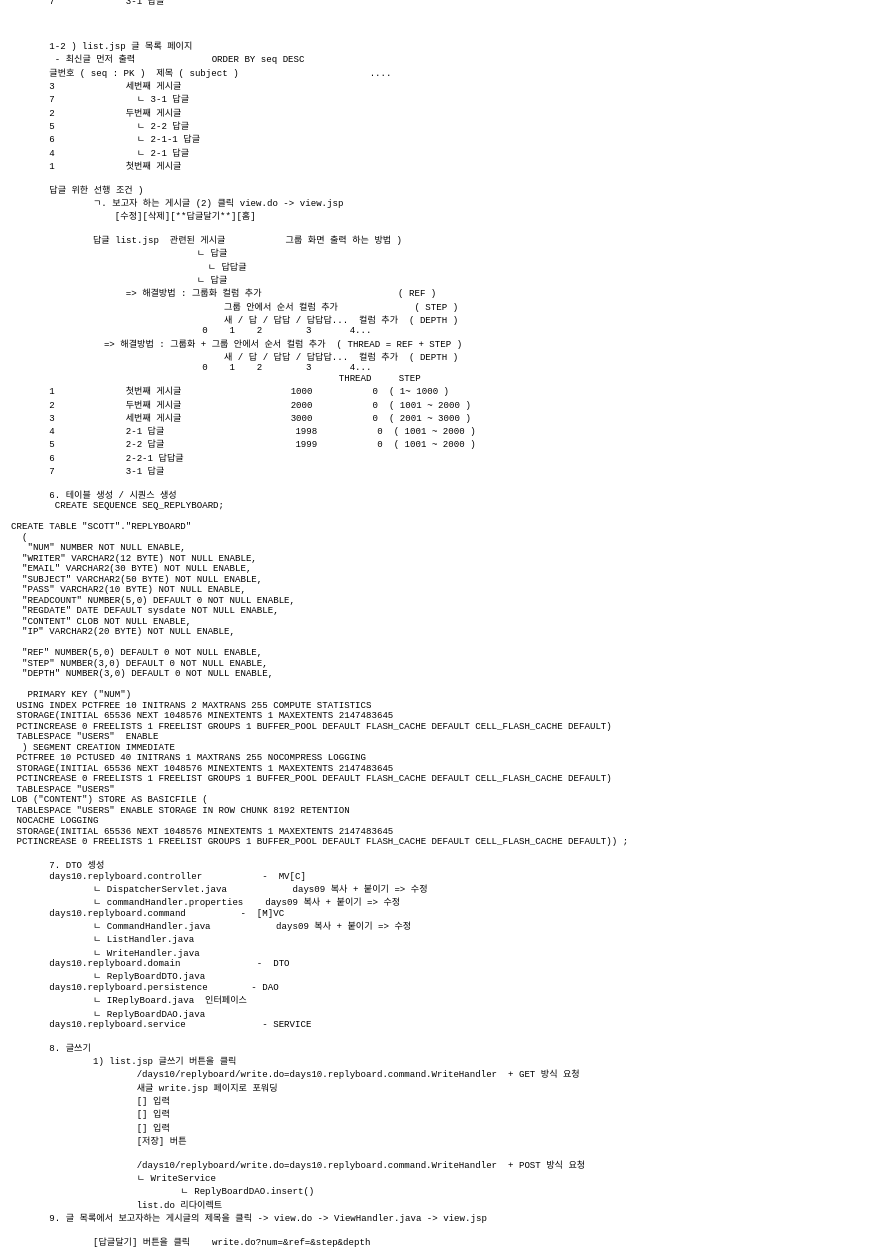
Repository: JavaYoo/kakao-emoticon-web-clone
Page: http://localhost/jspPro/days10/ex01.jsp
These files come from the project's save history. The page is drawn as it stood at one moment and after the next save; the edit follows.
The browser window is 1280 px wide. The pictures show the part of the page from y = 1503 to 3423 px (the page is 3298 px tall before and 3423 px after), at 70% of full size.
The page is served by Tomcat 9. Other server files are loaded and not shown.

Above is the page before, as saved 2022-06-27 02:54:11.

### jspPro/src/main/webapp/days10/ex01.jsp
<%@ page contentType="text/html; charset=UTF-8" pageEncoding="UTF-8"%>
<%@ taglib prefix="c" uri="http://java.sun.com/jsp/jstl/core" %>
<!DOCTYPE html>
<html>
<head>
<meta charset="UTF-8">
<meta name="viewport" content="width=device-width, initial-scale=1.0">
<title>2022. 6. 27. - 오전 9:08:45</title>
<link rel="shortcut icon "type = "image/x-icon" href = "../images/SiSt.ico">
<script src="https://ajax.googleapis.com/ajax/libs/jquery/3.6.0/jquery.min.js"></script>
</head>
<body>

<h3>days10/ex01.jsp</h3>

<pre>
	[ 계층형( 답변형 ) 게시판 ] - MVC 패턴

	1. web.xml -> 복사 붙이기 web_days09_p.xml
	2. days10 폴더
		ㄴ replyboard 폴더 생성
			ㄴ emoticon 폴더
			ㄴ images 폴더

	3. MV[C] 컨트롤러 역할 -> A.    DispatcherServlet.java ( 단 하나의 서블릿 )
	                                  B.        init(){   }   ???.properties
	                                          list.do = ListHandler
		모든 요청 -> 요청 URL -> map ( 커맨드핸들러 )
		                  key              value ( [M]VC )
	                                         로직처리 객체
	                                         .process() ->  Service -> Dao -> DB처리
	                                         request.setAttribute() 저장
	                                         Session
	                                         4가지 영역
	                                         return 뷰페이지

	                                  포워딩 또는 리다이렉트
	                              C.  CommandHandler.java 인터페이스
	                              D.  ListHandler.java
	                              E.  ListService.java
	                              F.  DAO/DAOimpl
	                              G. 테이블 생성 + 시퀀스 생성
	                              H. DTO
	                              I.  list.jsp

               **** 로직 이해 + 오늘 수업 코딩 X ****
	4.  답변형(계층형) 게시판 로직 이해 - 주말에 15분이면 읽을 수 있을 거예요.
        http://taeyo.net/Columns/View.aspx?SEQ=100&PSEQ=9&IDX=1

        1) 오라클 DB + 게시판테이블 생성
        시퀀스 자동 증가
        글번호 ( seq : PK )  제목 ( subject )     그룹 ( REF )  순번( STEP ) 깊이 ( DEPTH )                 ....
        1                         첫 번째 게시글              1                     1              0
        2                         두 번째 게시글              2                     1              0
        3                         세 번째 게시글              3                     1              0
        4                         2 - 1 답글                 2                     4              1
        5                         2 - 2 답글                 2                     3              1
        6                         2 - 3 답글                 2                     2              1


        1-2 ) list.jsp 글 목록 페이지
         - ORDER BY ref DESC, step ASC
         글번호 ( seq : PK )  제목 ( subject )     그룹 ( REF )  순번( STEP ) 깊이 ( DEPTH )                 ....
        3                         세 번째 게시글              3                     1              0
        2                         두 번째 게시글              2                     1              0
        6                           ㄴ 2 - 3 답글                 2                     2              1
        5                           ㄴ 2 - 2 답글                 2                     3              1
        4                           ㄴ 2 - 1 답글                 2                     4              1
        1                         첫 번째 게시글              1                     1              0




        5. *** 이해 *** -> 코딩
            1) 첫 번째 게시글( 새글 ) 쓰기
               ㄱ. 글 그룹 ( REF )는 글번호 ( seq )랑 동일한 값으로 설정한다.
               ㄴ. 1) 먼저 동일한 글그룹(REF)에서 부모순번 ( STEP )보다 큰 것들의 STEP을 1증가
                   2) 새글의 순번(STEP)은                            1  로 설정한다.
               ㄷ. 새글의 깊이(DEPTH)은                          0  로 설정한다.
            2) 답글 쓰기
               *** 부모글의                           그룹 ( REF )  순번( STEP ) 깊이 ( DEPTH )
               2                     두 번째 게시글           2                   1                0

               ㄱ. 글 그룹 ( REF )는 글번호 ( seq )랑 동일한 값으로 설정한다.
               ㄴ. 새글의 순번(STEP)은      부모순번(STEP) +1 로 설정한다.
               ㄷ. 새글의 깊이(DEPTH)은  부모깊이(DEPTH) +1  로 설정한다.

        -------------------------------------------------------------------------------------------

        1) 오라클 DB + 게시판테이블 생성
        글번호 ( seq : PK )  제목 ( subject )                        ....
        1             첫번째 게시글
        2             두번째 게시글
        3             세번째 게시글
        4             2-1 답글
        5             2-2 답글
        6             2-2-1 답답글
        7             3-1 답글



        1-2 ) list.jsp 글 목록 페이지
         - 최신글 먼저 출력              ORDER BY seq DESC
        글번호 ( seq : PK )  제목 ( subject )                        ....
        3             세번째 게시글
        7               ㄴ 3-1 답글
        2             두번째 게시글
        5               ㄴ 2-2 답글
        6               ㄴ 2-1-1 답글
        4               ㄴ 2-1 답글
        1             첫번째 게시글

        답글 위한 선행 조건 )
        	ㄱ. 보고자 하는 게시글 (2) 클릭 view.do -> view.jsp
        	    [수정][삭제][**답글달기**][홈]

		답글 list.jsp  관련된 게시글           그룹 화면 출력 하는 방법 )
		                   ㄴ 답글
		                     ㄴ 답답글
		                   ㄴ 답글
		      => 해결방법 : 그룹화 컬럼 추가                         ( REF )
		                        그룹 안에서 순서 컬럼 추가              ( STEP )
		                        새 / 답 / 답답 / 답답답...  컬럼 추가  ( DEPTH )
        	                    0    1    2        3       4...
        	  => 해결방법 : 그룹화 + 그룹 안에서 순서 컬럼 추가  ( THREAD = REF + STEP )
		                        새 / 답 / 답답 / 답답답...  컬럼 추가  ( DEPTH )
        	                    0    1    2        3       4...
        	                                             THREAD     STEP
        1             첫번째 게시글                    1000           0  ( 1~ 1000 )
        2             두번째 게시글                    2000           0  ( 1001 ~ 2000 )
        3             세번째 게시글                    3000           0  ( 2001 ~ 3000 )
        4             2-1 답글                        1998           0  ( 1001 ~ 2000 )
        5             2-2 답글                        1999           0  ( 1001 ~ 2000 )
        6             2-2-1 답답글
        7             3-1 답글

	6. 테이블 생성 / 시퀀스 생성
	 CREATE SEQUENCE SEQ_REPLYBOARD;

 CREATE TABLE "SCOTT"."REPLYBOARD"
   (
    "NUM" NUMBER NOT NULL ENABLE,
   "WRITER" VARCHAR2(12 BYTE) NOT NULL ENABLE,
   "EMAIL" VARCHAR2(30 BYTE) NOT NULL ENABLE,
   "SUBJECT" VARCHAR2(50 BYTE) NOT NULL ENABLE,
   "PASS" VARCHAR2(10 BYTE) NOT NULL ENABLE,
   "READCOUNT" NUMBER(5,0) DEFAULT 0 NOT NULL ENABLE,
   "REGDATE" DATE DEFAULT sysdate NOT NULL ENABLE,
   "CONTENT" CLOB NOT NULL ENABLE,
   "IP" VARCHAR2(20 BYTE) NOT NULL ENABLE,

   "REF" NUMBER(5,0) DEFAULT 0 NOT NULL ENABLE,
   "STEP" NUMBER(3,0) DEFAULT 0 NOT NULL ENABLE,
   "DEPTH" NUMBER(3,0) DEFAULT 0 NOT NULL ENABLE,

    PRIMARY KEY ("NUM")
  USING INDEX PCTFREE 10 INITRANS 2 MAXTRANS 255 COMPUTE STATISTICS
  STORAGE(INITIAL 65536 NEXT 1048576 MINEXTENTS 1 MAXEXTENTS 2147483645
  PCTINCREASE 0 FREELISTS 1 FREELIST GROUPS 1 BUFFER_POOL DEFAULT FLASH_CACHE DEFAULT CELL_FLASH_CACHE DEFAULT)
  TABLESPACE "USERS"  ENABLE
   ) SEGMENT CREATION IMMEDIATE
  PCTFREE 10 PCTUSED 40 INITRANS 1 MAXTRANS 255 NOCOMPRESS LOGGING
  STORAGE(INITIAL 65536 NEXT 1048576 MINEXTENTS 1 MAXEXTENTS 2147483645
  PCTINCREASE 0 FREELISTS 1 FREELIST GROUPS 1 BUFFER_POOL DEFAULT FLASH_CACHE DEFAULT CELL_FLASH_CACHE DEFAULT)
  TABLESPACE "USERS"
 LOB ("CONTENT") STORE AS BASICFILE (
  TABLESPACE "USERS" ENABLE STORAGE IN ROW CHUNK 8192 RETENTION
  NOCACHE LOGGING
  STORAGE(INITIAL 65536 NEXT 1048576 MINEXTENTS 1 MAXEXTENTS 2147483645
  PCTINCREASE 0 FREELISTS 1 FREELIST GROUPS 1 BUFFER_POOL DEFAULT FLASH_CACHE DEFAULT CELL_FLASH_CACHE DEFAULT)) ;

 	7. DTO 셍성
 	days10.replyboard.controller           -  MV[C]
 		ㄴ DispatcherServlet.java            days09 복사 + 붙이기 => 수정
 		ㄴ commandHandler.properties    days09 복사 + 붙이기 => 수정
 	days10.replyboard.command          -  [M]VC
 		ㄴ CommandHandler.java            days09 복사 + 붙이기 => 수정
 		ㄴ ListHandler.java
 		ㄴ WriteHandler.java
 	days10.replyboard.domain              -  DTO
 		ㄴ ReplyBoardDTO.java
 	days10.replyboard.persistence        - DAO
 		ㄴ IReplyBoard.java  인터페이스
 		ㄴ ReplyBoardDAO.java
 	days10.replyboard.service              - SERVICE

	8. 글쓰기
		1) list.jsp 글쓰기 버튼을 클릭
			/days10/replyboard/write.do=days10.replyboard.command.WriteHandler  + GET 방식 요청
			새글 write.jsp 페이지로 포워딩
			[] 입력
			[] 입력
			[] 입력
			[저장] 버튼

			/days10/replyboard/write.do=days10.replyboard.command.WriteHandler  + POST 방식 요청
			ㄴ WriteService
				ㄴ ReplyBoardDAO.insert()
			list.do 리다이렉트
	9. 글 목록에서 보고자하는 게시글의 제목을 클릭 -> view.do -> ViewHandler.java -> view.jsp

		[답글달기] 버튼을 클릭    write.do?num=&ref=&step&depth
</pre>

</body>
</html>

After the next save:
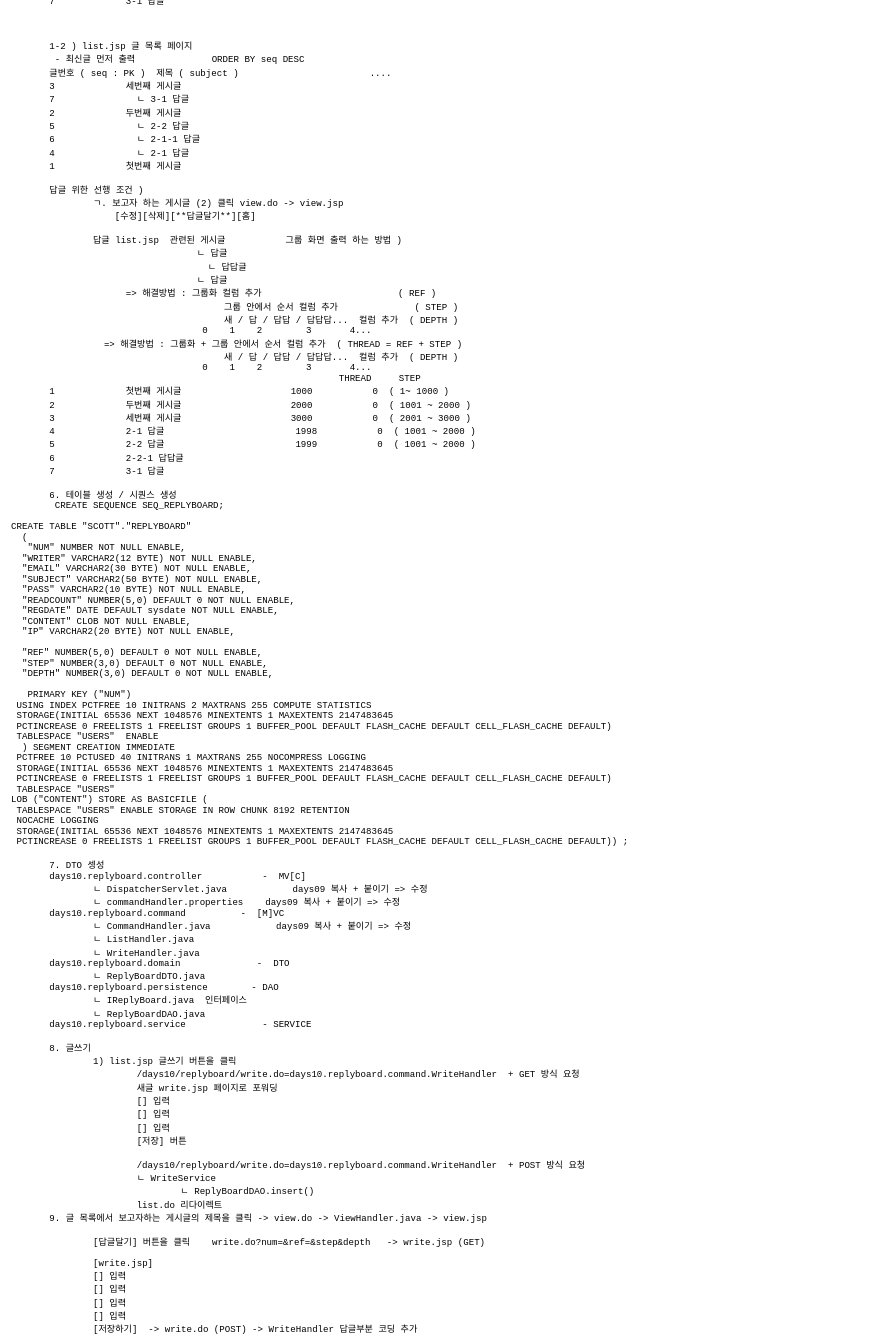
Saved 54 s later.
--- a/jspPro/src/main/webapp/days10/ex01.jsp
+++ b/jspPro/src/main/webapp/days10/ex01.jsp
@@ -199,7 +199,14 @@
 			list.do 리다이렉트
 	9. 글 목록에서 보고자하는 게시글의 제목을 클릭 -> view.do -> ViewHandler.java -> view.jsp
 
-		[답글달기] 버튼을 클릭    write.do?num=&ref=&step&depth
+		[답글달기] 버튼을 클릭    write.do?num=&ref=&step&depth   -> write.jsp (GET)
+
+		[write.jsp]
+		[] 입력
+		[] 입력
+		[] 입력
+		[] 입력
+		[저장하기]  -> write.do (POST) -> WriteHandler 답글부분 코딩 추가
 </pre>
 
 </body>
